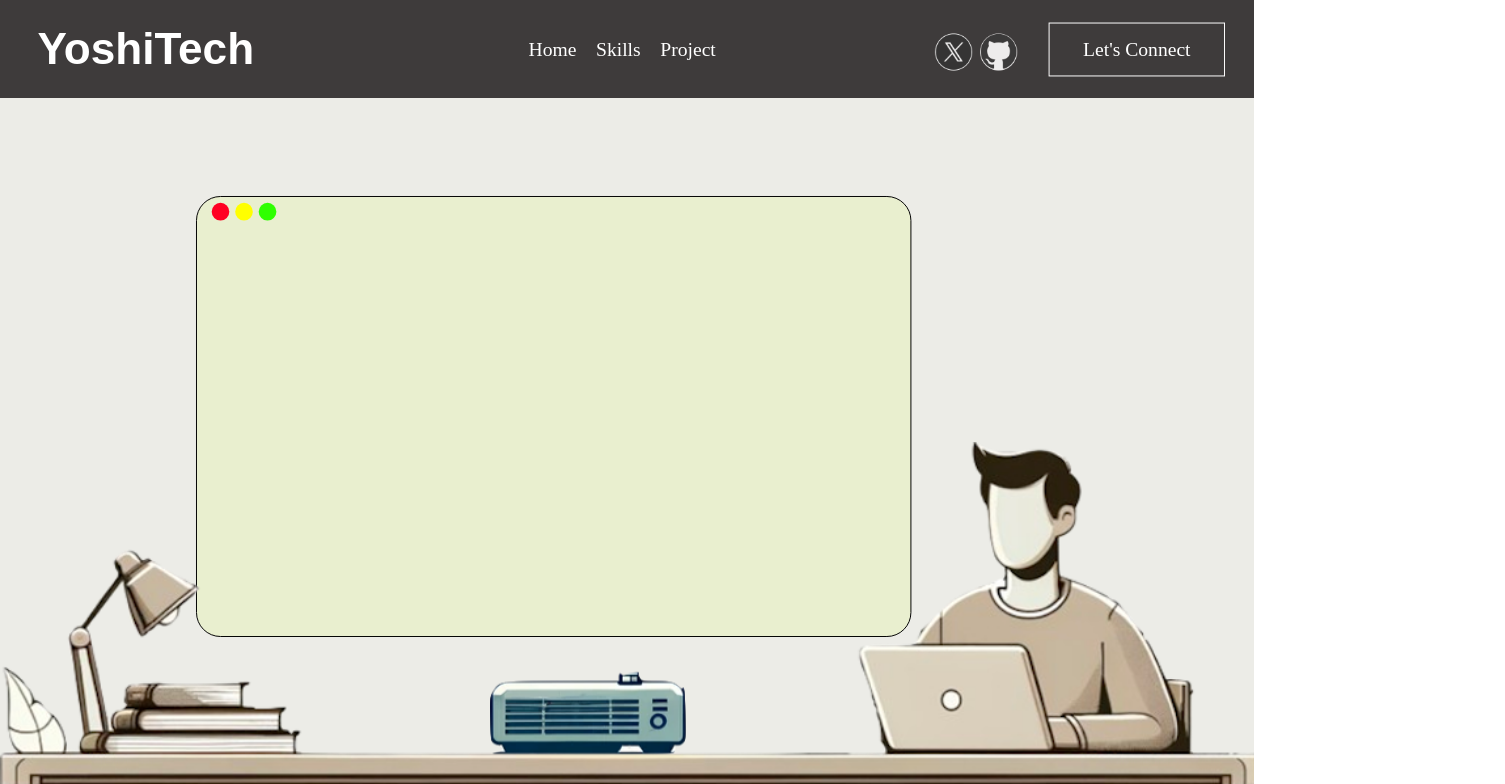
Repository: Yoshiki0418/My_Portfolio
Page: index.html
The author's editor kept a copy of each file at every save. The page is drawn from the files as they stood at one save, then again after the next save.
The browser window is 1280 px wide. The page is 1280 px wide, then 1536 px, then 1280 px, so the pictures cover 1536 px, including what lies to the right of the window. The pictures show the whole page, at 98% of full size.

Above is the page before, as saved 2024-01-05 23:17:51.

### index.html
<!DOCTYPE html>
<html lang="ja">
<head>
    <meta charset="UTF-8">
    <meta name="viewport" content="width=device-width, initial-scale=1.0">
    <title>Document</title>
    <link rel="stylesheet" type="text/css" href="style.css">
</head>
<body>
    <header>
        <h1 class="Logo">YoshiTech</h1>
        <div class="page_changer">
            <a class="changer_font">Home</a>
            <a class="changer_font">Skills</a>
            <a class="changer_font">Project</a>
        </div>
        <div class="sns_container">
            <a><img src="static/image/X.png" class="sns_pic"></a>
            <a><img src="static/image/GitHub.png" class="sns_pic"></a>
        </div>
        <div class="connect_container">
            <a class="connect_font">Let's Connect</a>
        </div>
    </header>
    <main>
        <section class="hero_section">
            <div class="monitor_container">
                <div class="circle_container">
                    <div class="circle1"></div>
                    <div class="circle2"></div>
                    <div class="circle3"></div>
                </div>
            </div>
            <img class="background_sub" src="static/image/2.png">
            <img class="background" src="static/image/1.png">
        </section>
    </main>

</body>
</html>

### style.css
*{
    margin: 0;
    padding: 0;
    box-sizing: border-box; /* サイズ計算をより予測しやすくするためのプロパティ */
}

header {
	display: flex;					/*flexボックスを使う指定*/
	align-items: center;			/*垂直揃えの指定。天地中央に配置されるように。*/
    width: 100%;
    height: 100px;
	background-color: #3E3B3B;
    position: relative;
}

.Logo{
    margin-left: 3%;
    color: white;
    font-family: 'Comic Sans MS', 'Arial Rounded MT Bold', sans-serif;
    font-size: 45px;
}

.page_changer{
    display: flex;
	align-items: center;
    padding: 20px;
    margin-left: 250px;
    margin-right: 250px;
}

.changer_font{
    color: white;
    margin: 10px;
    font-size: 20px;
}

.connect_font{
    color: white;
    font-size: 20px;
}

.connect_container{
    position: absolute;
    right: 30px;
    width: 180px;
    height: 55px;
    border: 1px solid white;
    display: flex;
    align-items: center;
    justify-content: center;
}

.sns_pic{
    width: 38px;
    height: auto;
    margin: 2px;
}

.sns_container{
    margin-top: 10px;
    position: absolute;
    right: 240px;
}

.hero_section{
    background-color: #ECECE7;
    width: 100%;
    height: 700px;
    position: relative;
}

.monitor_container{
    background-color: #E9EFCF;
    width: 730px;
    height: 450px;
    margin-left: 200px;
    border: 1px solid rgb(0, 0, 0);
    position: absolute;
    top: 100px;
    border-radius: 25px;
    display: flex;
    flex-wrap: wrap;
}

.circle_container{
	display: flex;
	flex-wrap: wrap;
    position: absolute;
    top: 6px;
    left: 15px;
}

.background{
    position: absolute;
    bottom: 0px;
    width: 100%;
    height: auto;
}

.background_sub{
    position: absolute;
    bottom: 30px;
    left: 500px;
    width: 200px;
    height: auto;
}

.circle1 {
    width: 18px;
    height: 18px;
    border-radius: 50%;
    background-color: rgb(255, 0, 34);
    margin-right: 6px;
}

.circle2 {
    width: 18px;
    height: 18px;
    border-radius: 50%;
    background-color: rgb(255, 255, 0);
    margin-right: 6px;
}

.circle3 {
    width: 18px;
    height: 18px;
    border-radius: 50%;
    background-color: rgb(47, 255, 0);
}

After the next save:
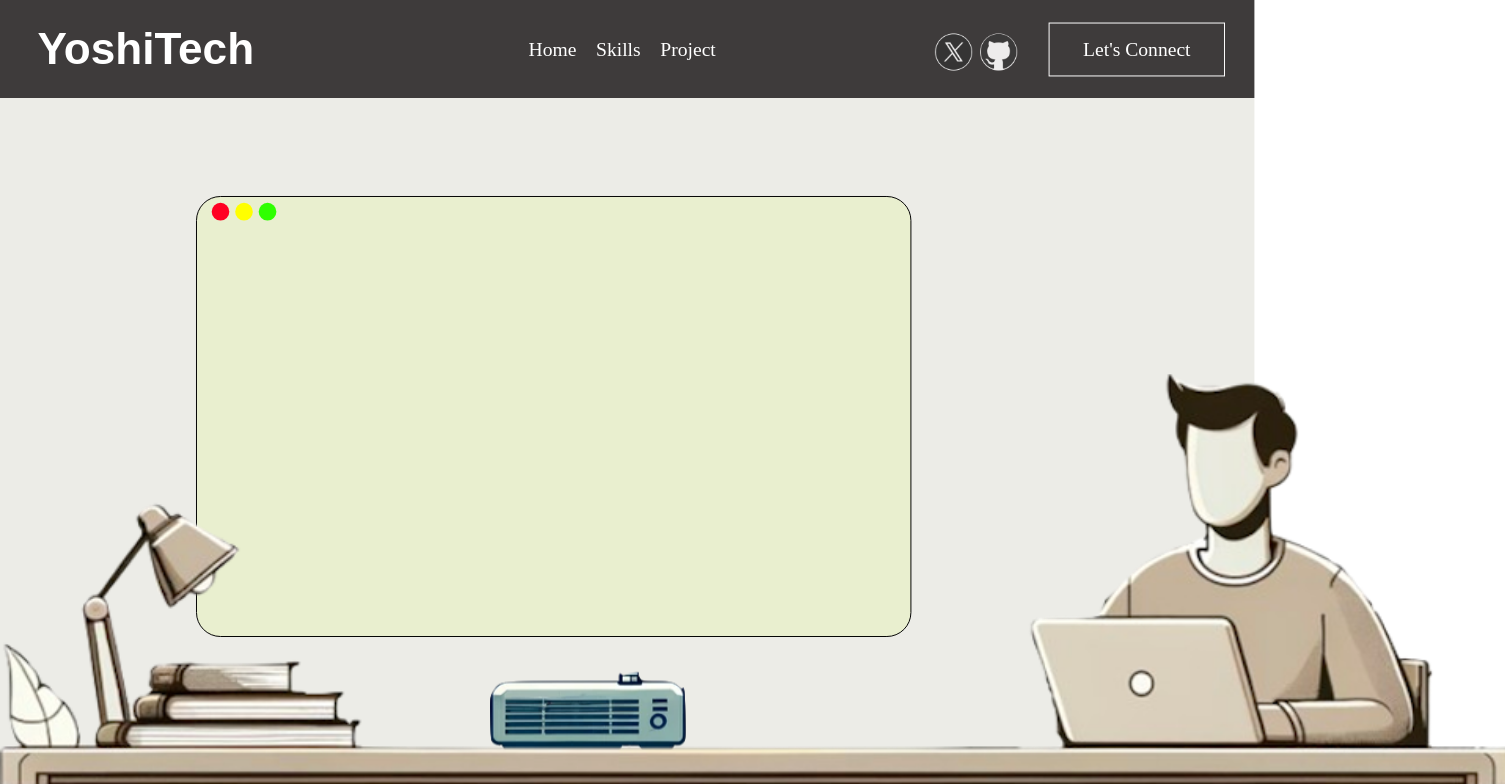
Saved 69 s later.
--- a/style.css
+++ b/style.css
@@ -93,7 +93,7 @@
 .background{
     position: absolute;
     bottom: 0px;
-    width: 100%;
+    width: 120%;
     height: auto;
 }
 

After the save that followed:
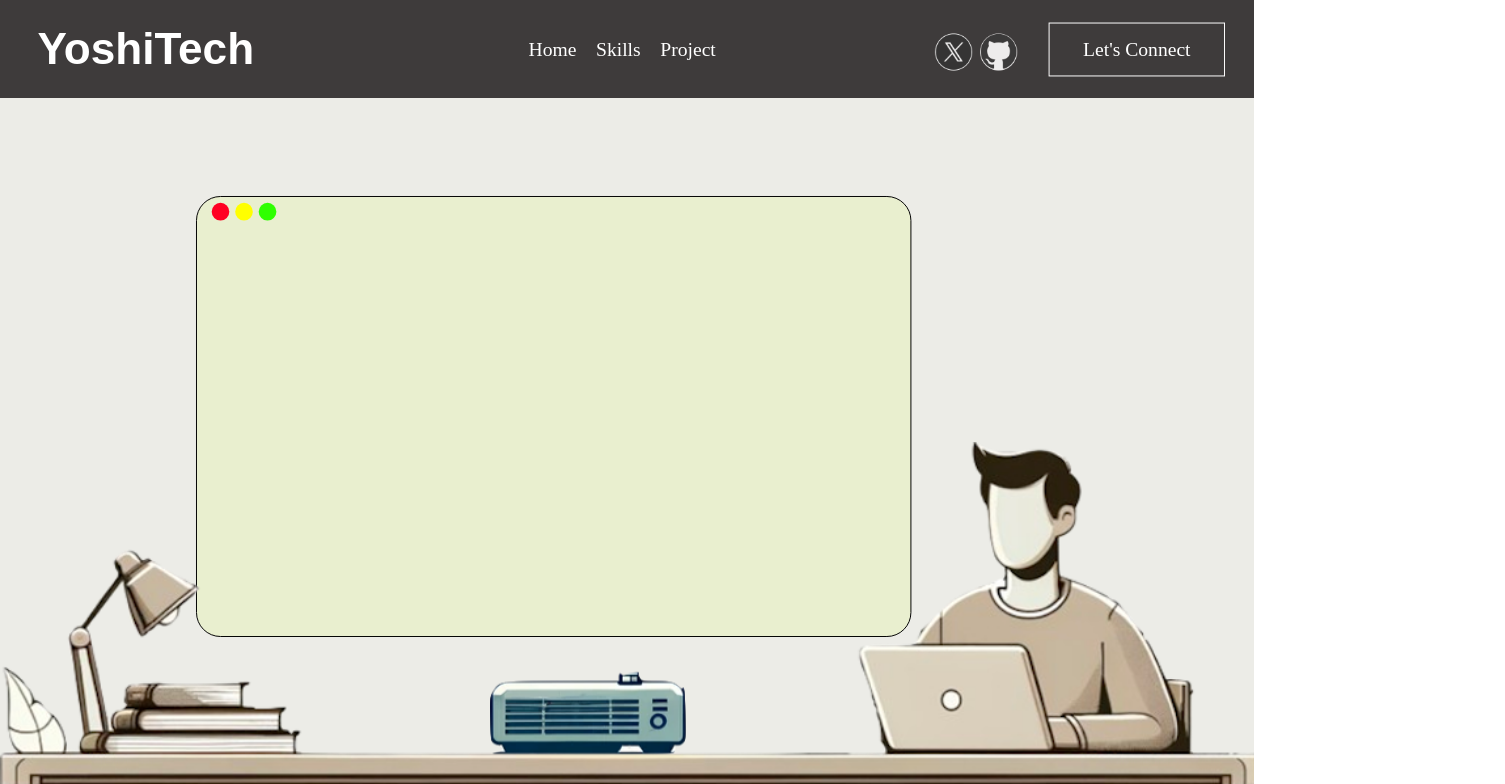
Saved 48 s later.
--- a/style.css
+++ b/style.css
@@ -93,7 +93,7 @@
 .background{
     position: absolute;
     bottom: 0px;
-    width: 120%;
+    width: 100%;
     height: auto;
 }
 
